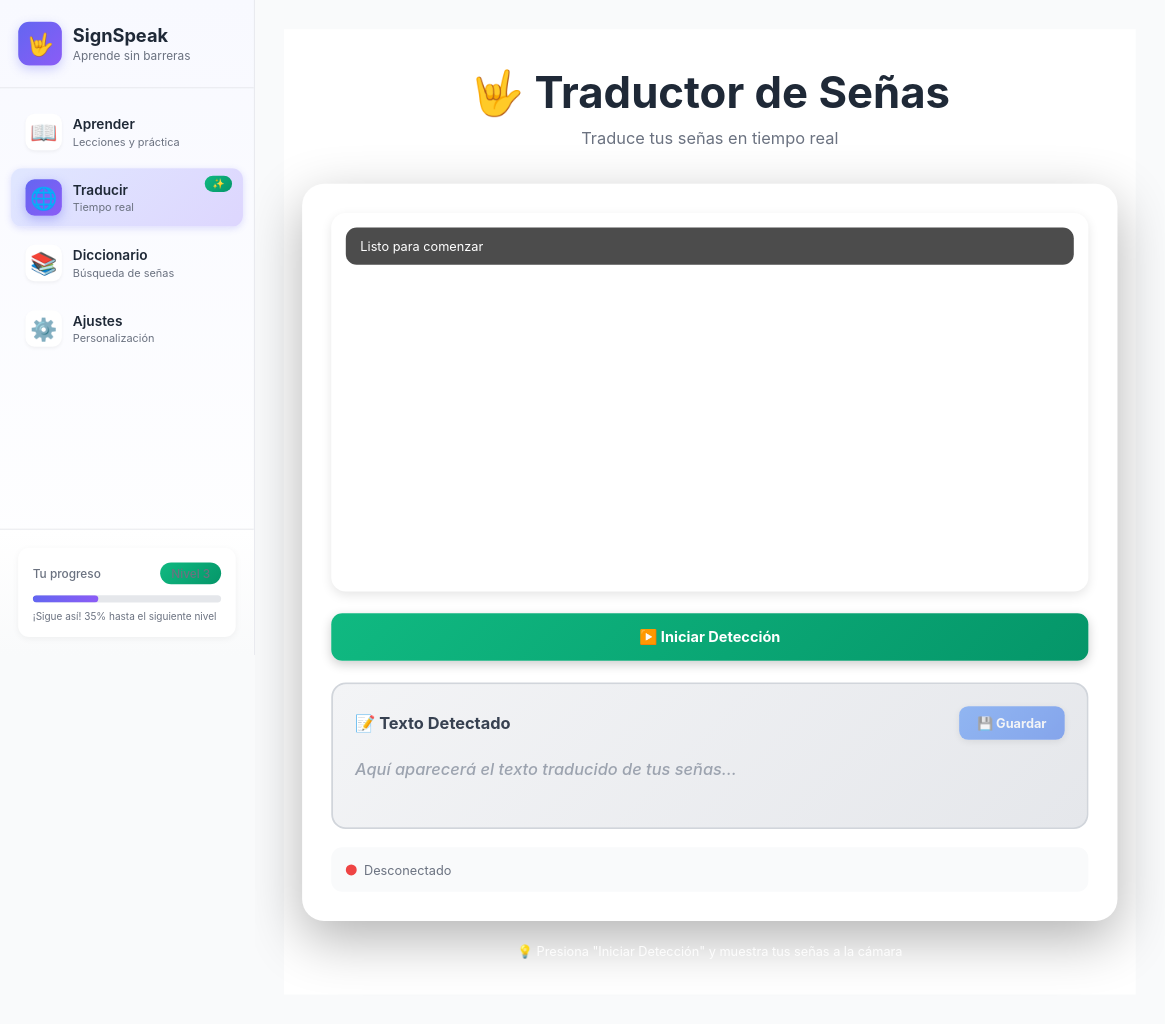
Repository: Aucarure/SignSpeak
Page: / (app in Usuario/frontend/)
These files come from the project's save history. The page is drawn as it stood at one moment and after the next save; the edit follows.
The browser window is 1280 px wide. The pictures show the whole page, at 91% of full size.
The page's requests for data from a server got no answer. The project was rebuilt for these pictures with package versions that can differ from the ones it lists, and the page was loaded fresh each time. No one was signed in, and anything a server would have sent is missing. Also part of the build but not shown: Usuario/frontend/vite.config.js, Usuario/frontend/src/pages/Learn.jsx, Usuario/frontend/src/pages/Dictionary.jsx, Usuario/frontend/src/pages/Settings.jsx, Usuario/frontend/src/api/diccionario.js, Usuario/frontend/src/hooks/useDiccionario.js, Usuario/frontend/src/components/diccionario/SenaCard.jsx, Usuario/frontend/src/components/diccionario/UnityPlayer.jsx and 2 more.

Above is the page before, as saved 2025-12-04 11:44:44.

After the next save:
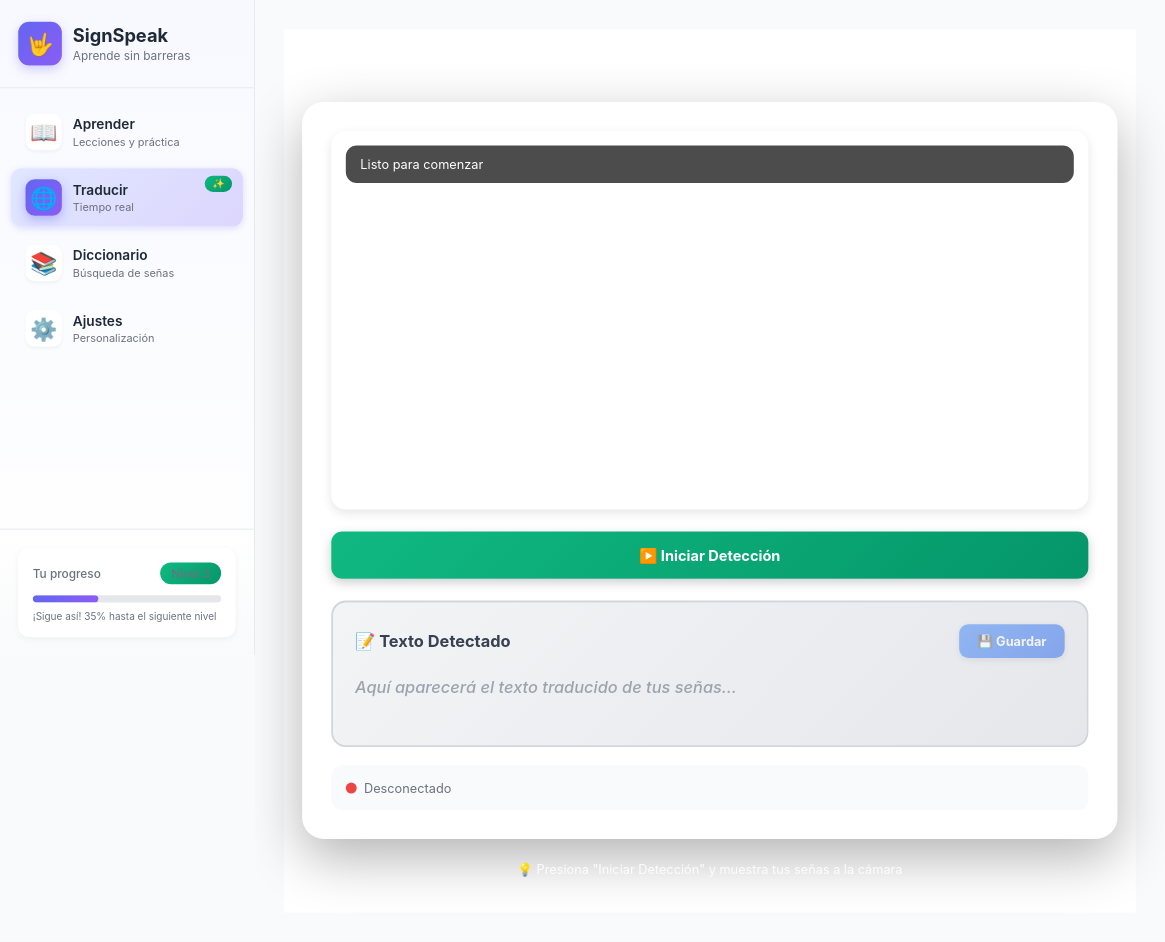
Saved 12 s later.
--- a/Usuario/frontend/src/pages/Translator.jsx
+++ b/Usuario/frontend/src/pages/Translator.jsx
@@ -227,13 +227,11 @@ function Translator() {
             fontWeight: 'bold',
             marginBottom: '10px'
           }}>
-            🤟 Traductor de Señas
           </h1>
           <p style={{
             fontSize: '18px',
             color: '#6b7280'
           }}>
-            Traduce tus señas en tiempo real
           </p>
         </div>
 
